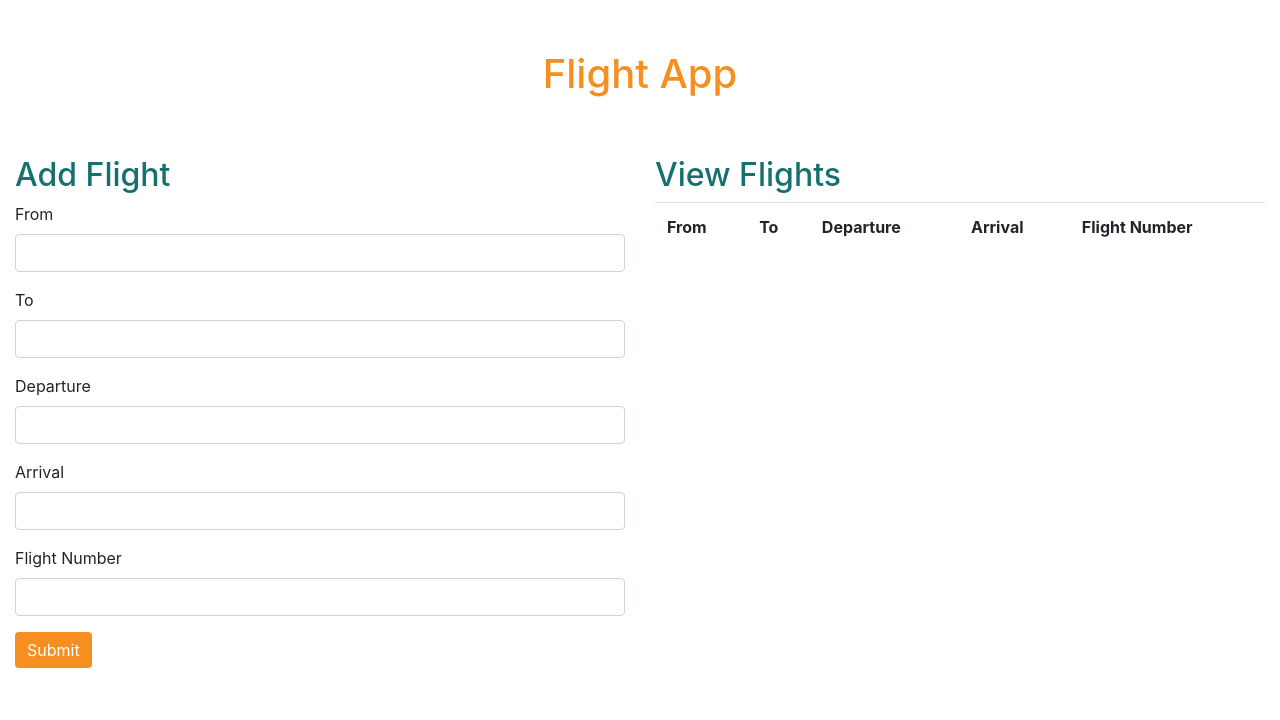
Repository: OperationKen/FlightAPI
Page: flight-api/src/main/webapp/flight/index.html
An editor plug-in stored every save of this project. The page is shown before and after the next save, followed by the edit.
The browser window is 1280 px wide. The pictures show the whole page.
The page's requests for data from a server got no answer.

Above is the page before, as saved 2021-08-04 21:09:52.
Console error (its wording comes from the project's code and is left out).

### flight-api/src/main/webapp/flight/index.html
<!DOCTYPE html>
<html>
    <head>
        <title>Flight</title>
        <link rel="stylesheet" href="https://cdn.jsdelivr.net/npm/bootstrap@4.5.3/dist/css/bootstrap.min.css" integrity="sha384-TX8t27EcRE3e/ihU7zmQxVncDAy5uIKz4rEkgIXeMed4M0jlfIDPvg6uqKI2xXr2" crossorigin="anonymous">
        <link rel="stylesheet" href="styles.css" />
        <style>
            #home-list {
                background-color: #f0f4f7;
            }
            .boxes {
                padding: 50px;
            }
            .submit-button{
                background-color: #f78f20;
                border: none;
            }
        </style>
    </head>
    <body>
        <div class="container-fluid">
            <div><h1>Flight App</h1></div>
            <div class="row">
                <div class="col-lg-6">
                    <h2>Add Flight</h2>
                    <form id="add-flight" method="post" action ="/flight-api/flight">
                        <div class="form-group">
                            <label>From</label>
                            <input class="form-control" id="fromAirport" type="text" />
                        </div>
                        <div class="form-group">
                            <label>To</label>
                            <input class="form-control" id="toAirport" type="text" />
                        </div>
                        <div class="form-group">
                            <label>Departure</label>
                            <input class="form-control" id="departure" type="text" />
                        </div>
                        <div class="form-group">
                            <label>Arrival</label>
                            <input class="form-control" id="arrival" type="text" />
                        </div>
                        <div class="form-group">
                            <label>Flight Number</label>
                            <input class="form-control" id="flightNumber" type="text" />
                        </div>
                        <div>
                            <input class="btn btn-primary submit-button" type="submit" value="Submit" />
                        </div>
                    </form>
                </div>
                <div id="flight-data" class="col-lg-6">
                    <h2>View Flights</h2>
                    <table class="table" id="flight-data">
                        <tr><th>From</th><th>To</th><th>Departure</th><th>Arrival</th><th>Flight Number</th></tr>
                        <tbody id = "flightTable">
                            <!-- Function to GET and populate table -->
                        </tbody>
                    </table>
                   	            <div class="modal" tabindex="-1" role="dialog">
                <div class="modal-dialog" role="document">
                    <div class="modal-content">
                    <div class="modal-header">
                        <h5 class="modal-title">Modal title</h5>
                        <button type="button" class="close" data-dismiss="modal" aria-label="Close">
                        <span aria-hidden="true">&times;</span>
                        </button>
                    </div>
                    <div class="modal-body">
                        <p>Modal body text goes here.</p>
                    </div>
                    <div class="modal-footer">
                        <button type="button" class="btn btn-primary">Save changes</button>
                        <button type="button" class="btn btn-secondary" data-dismiss="modal">Close</button>
                    </div>
                    </div>
                </div>
            </div>
                </div>
            </div>
        </div>
    </body>
    <script type="text/javascript">

        //Add in the Element
    	document.getElementById('add-flight').addEventListener('submit', function(){
            event.preventDefault();
    		var to_form = document.getElementById('toAirport').value;
    		var from_form = document.getElementById('fromAirport').value;
    		var depart_form = document.getElementById('departure').value;
    		var arrive_form = document.getElementById('arrival').value;
    		var flightNum_form = document.getElementById('flightNumber').value;
    		var flight = {
                toAirport: to_form,
                fromAirport: from_form,
                departure: depart_form,
                arrival: arrive_form,
                flightNumber: flightNum_form
    		};
            console.log('Send: ' + flight);
            var xhr = new XMLHttpRequest;
            xhr.onreadystatechange = function(){
                if(xhr.readyState === 4 && xhr.status === 201){
                    window.alert('Success!');
                }
            }
            xhr.open('POST', '/flight-api/flight');
            xhr.send(JSON.stringify(flight));
    	});

        window.onload = function(){
            let xhr = new XMLHttpRequest();
            xhr.onreadystatechange = function(response){
                if(xhr.readyState === 4){
                    console.log(xhr.responseText)
                    var flightArray = JSON.parse(xhr.responseText)
                    flightArray.forEach(flight => {
                        addFlightsRecordToTable(flight)
                    })
                }
            }
            xhr.open('GET', '/flight-api/flight');
            xhr.send();

            function addFlightsRecordToTable(flight){
                var table = document.getElementById('flightTable')
                var row = `<tr id = "${flight.id}">
                                <td>${flight.fromAirport}</td>
                                <td>${flight.toAirport}</td>
                                <td>${flight.departure}</td>
                                <td>${flight.arrival}</td>
                                <td>${flight.flightNumber}</td>
                                <td><input type="button" value="Delete Row" onclick="DeleteRowFunc(${flight.id})"> <input type="button" value="EditThis" onclick="editDisplay(${flight.id})"></td>
                           </tr>`
                    table.innerHTML += row
            }
        }

        function DeleteRowFunc(id){
            document.getElementById(id).remove();
            console.log('Delete: ' + id);
            var xhr = new XMLHttpRequest;
            xhr.onreadystatechange = function(){
                if(xhr.readyState === 4 && xhr.status === 201){
                    window.alert('Success Deleteo!');
                }
            }
            xhr.open('DELETE', '/flight-api/flight');
            xhr.send(JSON.stringify(id));
        }

        function editDisplay(id){
            console.log("epic");
            document.getElementById(id)
            location.reload(); //reload the table with new data
        }
        </script>
</html>

### flight-api/src/main/webapp/flight/styles.css
h1 {
    color: #f78f20;
    text-align: center;
    padding: 50px;
}
h2 {
    color:#177070;
}

After the next save:
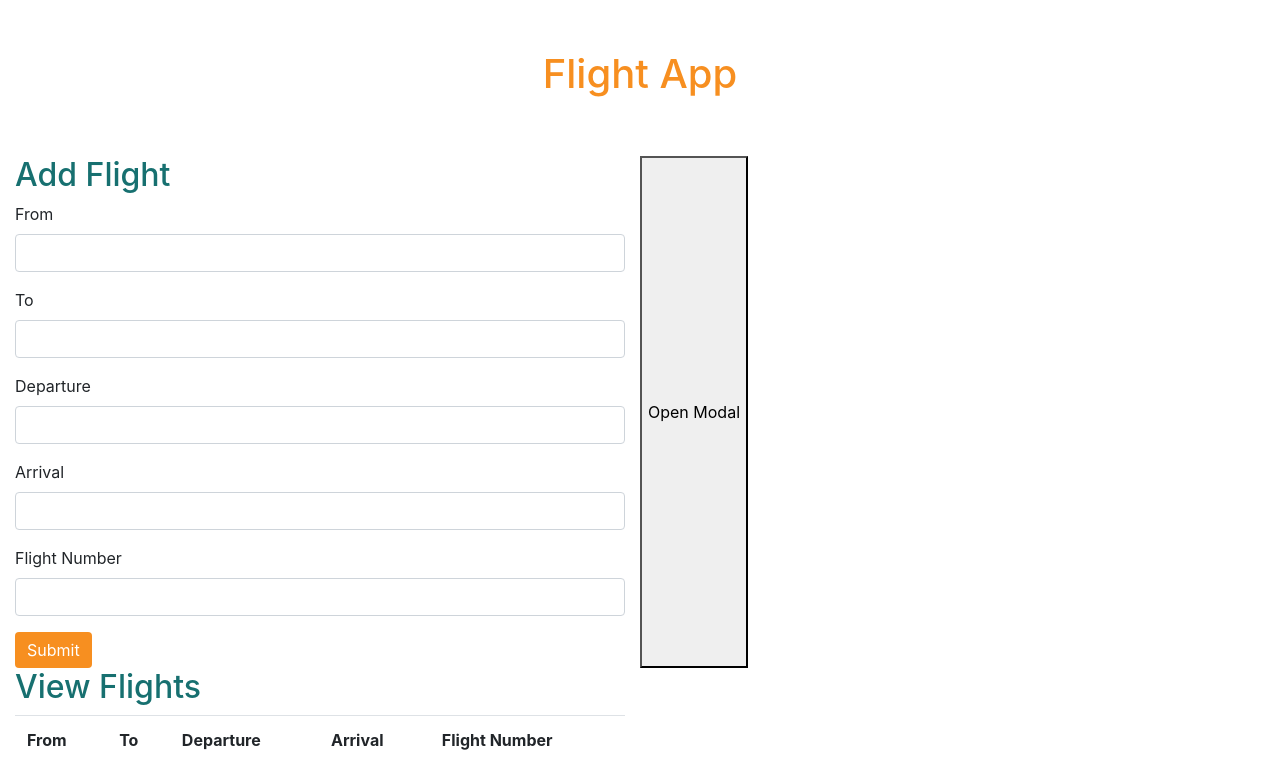
Saved 4 min 1 s later.
--- a/flight-api/src/main/webapp/flight/index.html
+++ b/flight-api/src/main/webapp/flight/index.html
@@ -49,6 +49,19 @@
                         </div>
                     </form>
                 </div>
+                <!-- Trigger/Open The Modal -->
+					<button id="myBtn">Open Modal</button>
+
+					<!-- The Modal -->
+					<div id="myModal" class="modal">
+
+					  <!-- Modal content -->
+					  <div class="modal-content">
+					    <span class="close">&times;</span>
+					    <p>Some text in the Modal..</p>
+					  </div>
+
+					</div>
                 <div id="flight-data" class="col-lg-6">
                     <h2>View Flights</h2>
                     <table class="table" id="flight-data">
@@ -57,25 +70,6 @@
                             <!-- Function to GET and populate table -->
                         </tbody>
                     </table>
-                   	            <div class="modal" tabindex="-1" role="dialog">
-                <div class="modal-dialog" role="document">
-                    <div class="modal-content">
-                    <div class="modal-header">
-                        <h5 class="modal-title">Modal title</h5>
-                        <button type="button" class="close" data-dismiss="modal" aria-label="Close">
-                        <span aria-hidden="true">&times;</span>
-                        </button>
-                    </div>
-                    <div class="modal-body">
-                        <p>Modal body text goes here.</p>
-                    </div>
-                    <div class="modal-footer">
-                        <button type="button" class="btn btn-primary">Save changes</button>
-                        <button type="button" class="btn btn-secondary" data-dismiss="modal">Close</button>
-                    </div>
-                    </div>
-                </div>
-            </div>
                 </div>
             </div>
         </div>
